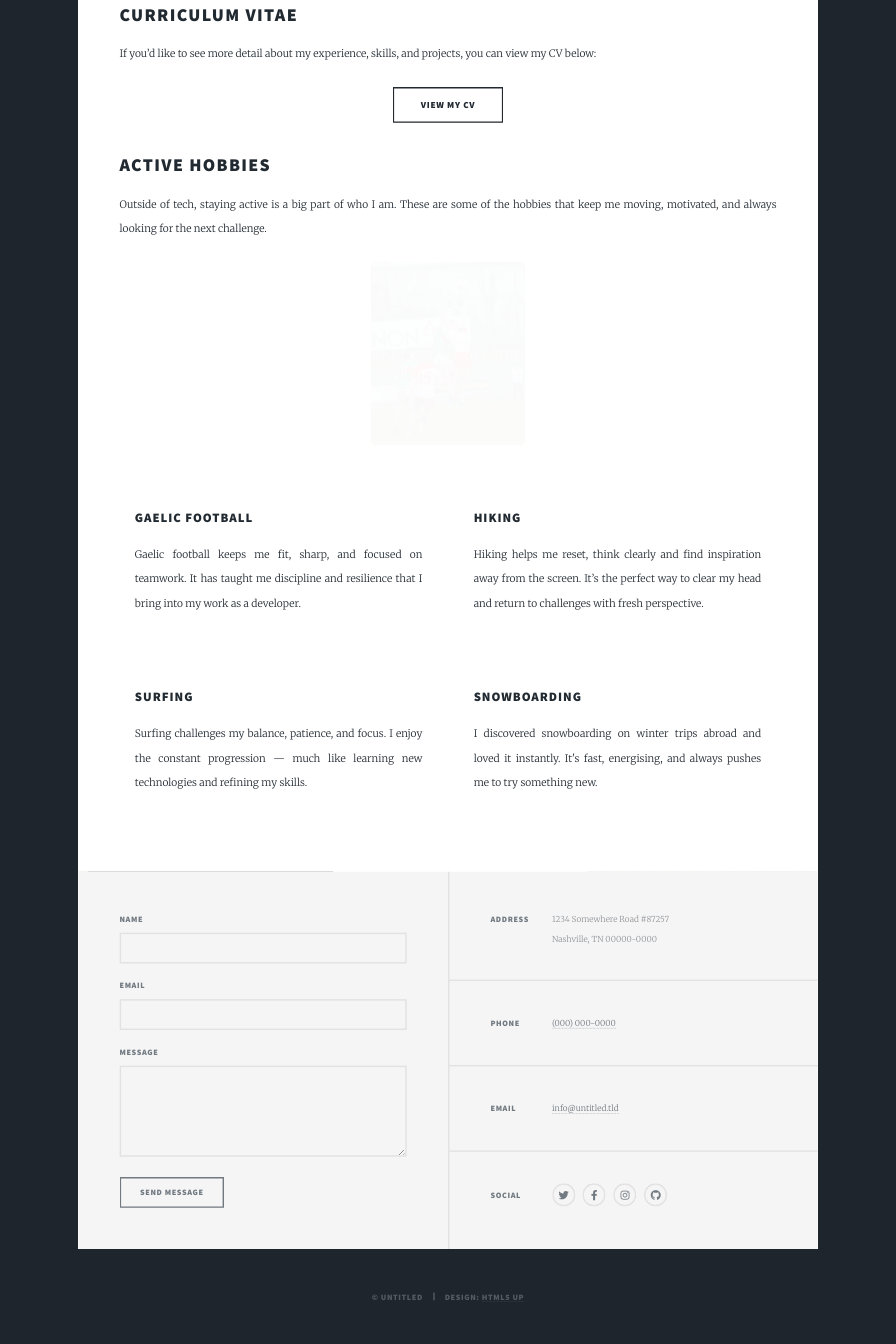
Repository: ciaranscan6/PersonalWebsite
Page: about-me.html
These files come from the project's save history. The page is drawn as it stood at one moment and after the next save; the edit follows.
The browser window is 1280 px wide. The pictures show the part of the page from y = 1688 to 3608 px (the page is 3608 px tall), at 70% of full size.
A picture or video elsewhere on the page could not be fetched, so the positions and the page height are approximate.

Above is the page before, as saved 2025-11-22 03:00:13.

After the next save:
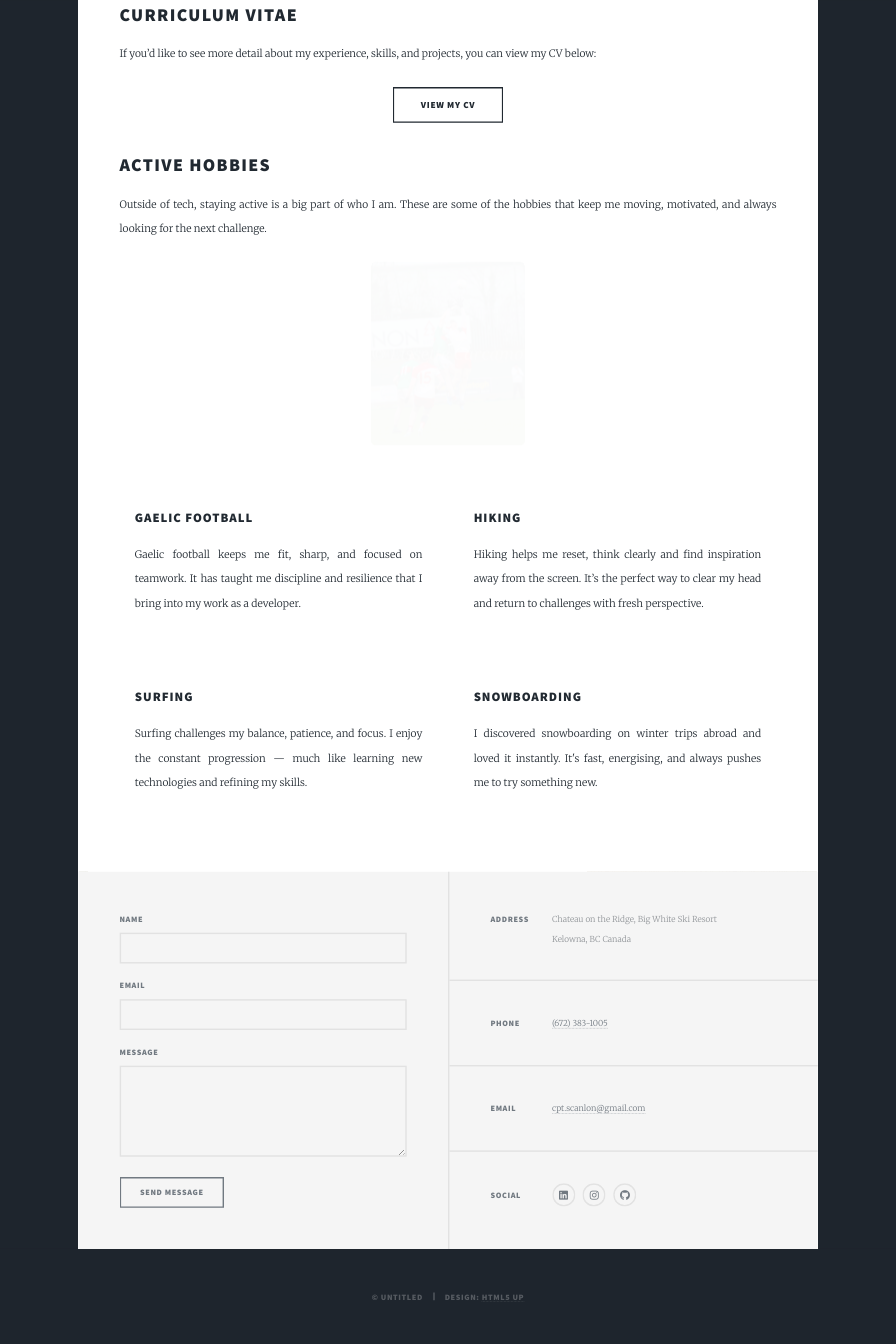
Saved 2 min 10 s later.
--- a/about-me.html
+++ b/about-me.html
@@ -207,45 +207,48 @@
 				<!-- Footer -->
 					<footer id="footer">
 						<section>
-							<form method="post" action="#">
+							<form method="post" action="https://formspree.io/f/xwpzvnny">
 								<div class="fields">
 									<div class="field">
 										<label for="name">Name</label>
-										<input type="text" name="name" id="name" />
+										<input type="text" name="name" id="name" required />
 									</div>
 									<div class="field">
 										<label for="email">Email</label>
-										<input type="text" name="email" id="email" />
+										<input type="email" name="email" id="email" required />
 									</div>
 									<div class="field">
 										<label for="message">Message</label>
-										<textarea name="message" id="message" rows="3"></textarea>
+										<textarea name="message" id="message" rows="3" required></textarea>
 									</div>
 								</div>
+
+								<input type="hidden" name="_subject" value="New Message From Portfolio Site">
+
 								<ul class="actions">
 									<li><input type="submit" value="Send Message" /></li>
 								</ul>
 							</form>
 						</section>
+
 						<section class="split contact">
 							<section class="alt">
 								<h3>Address</h3>
-								<p>1234 Somewhere Road #87257<br />
-								Nashville, TN 00000-0000</p>
+								<p>Chateau on the Ridge, Big White Ski Resort<br />
+								Kelowna, BC Canada</p>
 							</section>
 							<section>
 								<h3>Phone</h3>
-								<p><a href="#">(000) 000-0000</a></p>
+								<p><a href="#">(672) 383-1005</a></p>
 							</section>
 							<section>
 								<h3>Email</h3>
-								<p><a href="#">info@untitled.tld</a></p>
+								<p><a href="#">cpt.scanlon@gmail.com</a></p>
 							</section>
 							<section>
 								<h3>Social</h3>
 								<ul class="icons alt">
-									<li><a href="#" class="icon brands alt fa-twitter"><span class="label">Twitter</span></a></li>
-									<li><a href="#" class="icon brands alt fa-facebook-f"><span class="label">Facebook</span></a></li>
+									<li><a href="#" class="icon brands alt fa-linkedin"><span class="label">LinkedIn</span></a></li>
 									<li><a href="#" class="icon brands alt fa-instagram"><span class="label">Instagram</span></a></li>
 									<li><a href="#" class="icon brands alt fa-github"><span class="label">GitHub</span></a></li>
 								</ul>
